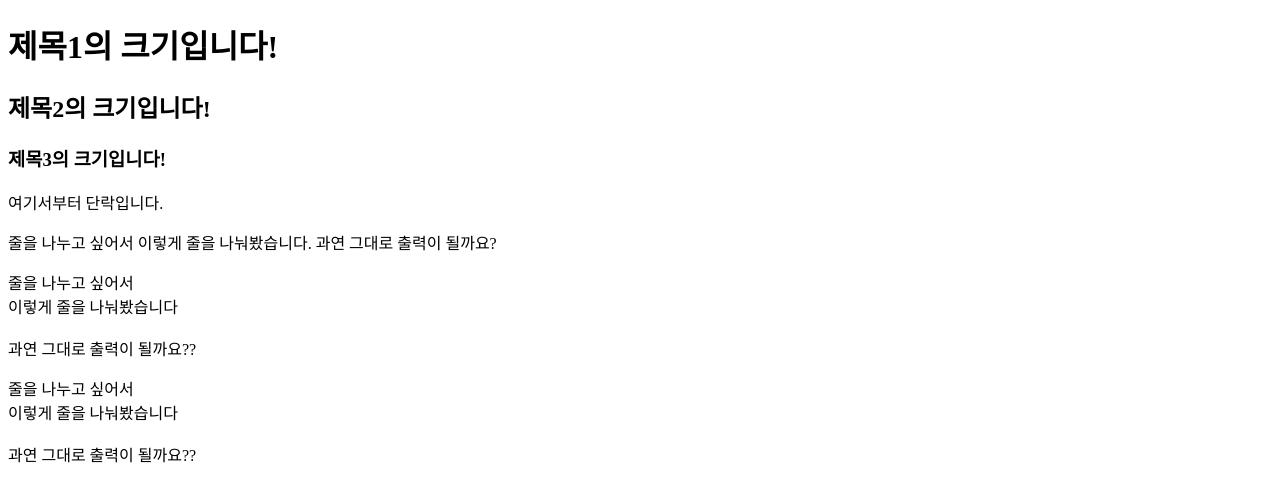
Repository: JaeHyun-Ban/GB_java
Page: TCP_HTML/WebContent/html02_06.html
The author's editor kept a copy of each file at every save. The page is drawn from the files as they stood at one save, then again after the next save.
The browser window is 1280 px wide. The pictures show the whole page.

Above is the page before, as saved 2020-08-26 07:07:31.

After the next save:
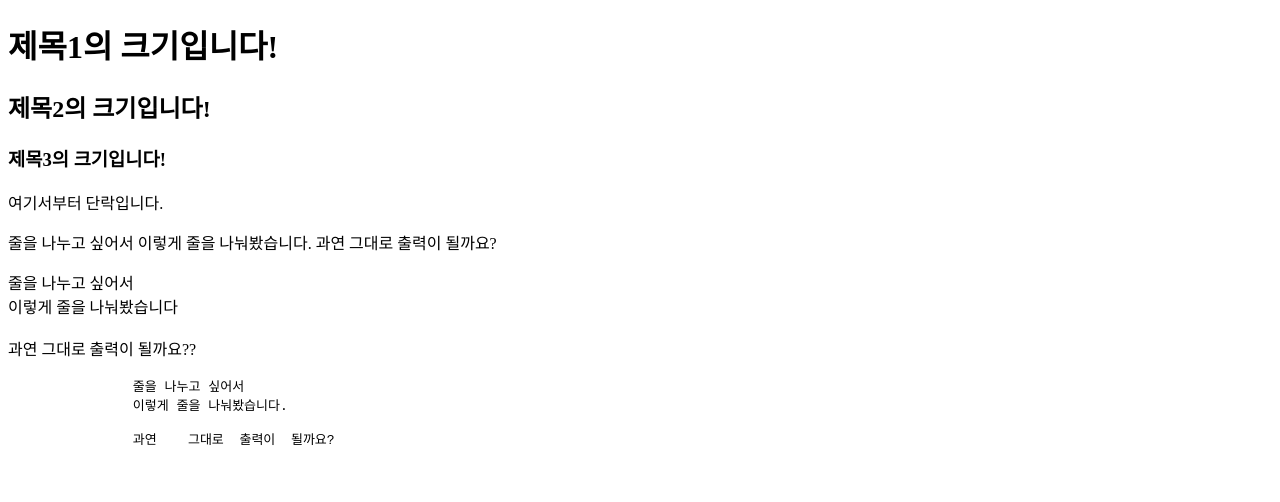
Saved 35 s later.
--- a/TCP_HTML/WebContent/html02_06.html
+++ b/TCP_HTML/WebContent/html02_06.html
@@ -24,12 +24,12 @@
 		과연    그대로  출력이  될까요??
 	</p>
 
-	<p>
-		줄을 나누고 싶어서<br>
-		이렇게 줄을 나눠봤습니다<br>
-		<br>
-		과연    그대로  출력이  될까요??
-	</p>
+	<pre>
+		줄을 나누고 싶어서
+		이렇게 줄을 나눠봤습니다.
+
+		과연    그대로  출력이  될까요?
+	</pre>
 
 </body>
 </html>
